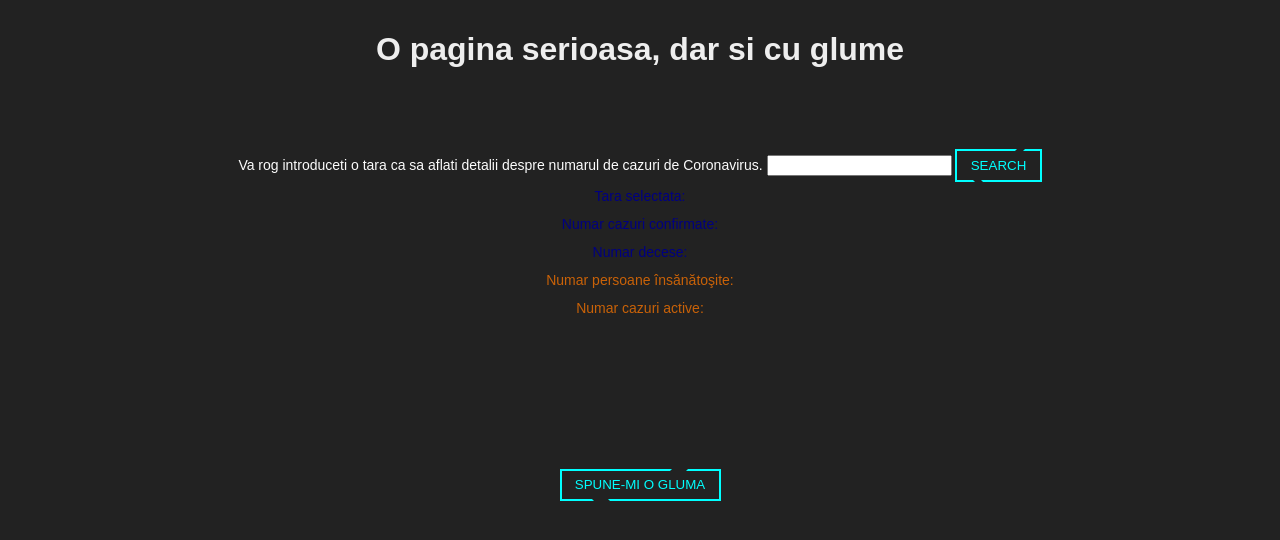
Repository: vladturturica97/proiect-cc2
Page: server/frontend/index.html
The author's editor kept a record of every edit. The page is drawn from the files as they stood at one moment, then again after the next edit.
The browser window is 1280 px wide. The pictures show the whole page.

Above is the page before.

### server/frontend/index.html
<html>
<head>
    <style type="text/css">
        body {
            display: flex;
          flex-direction: column;
          height: 93vh;
          justify-content: center;
          align-items: center;
          background: #222;
          color: #eee;
          font-family: "Dosis", sans-serif;

        }

        .spoiler, .spoiler2{
            color: black;
            background-color:black;
        }

        .spoiler:hover{
            color: white;
        }

        .spoiler2:hover {
            background-color:white;
        }
        .underlined-a {
              text-decoration: none;
              color: aqua;
              padding-bottom: 0.15em;
              box-sizing: border-box;
              box-shadow: inset 0 -0.2em 0 aqua;
              transition: 0.2s;
        }
        .underlined-a:hover {
            color: #222;
            box-shadow: inset 0 -2em 0 aqua;
            transition: all 0.45s cubic-bezier(0.86, 0, 0.07, 1);
        }

        .brk-btn {
  position: relative;
  background: none;
  color: aqua;
  text-transform: uppercase;
  text-decoration: none;
  border: 0.2em solid aqua;
  padding: 0.5em 1em;

    }


  .brk-btn:before {
    content: "";
    display: block;
    position: absolute;
    width: 10%;
    background: #222;
    height: 0.3em;
    right: 20%;
    top: -0.21em;
    transform: skewX(-45deg);
    -webkit-transition: all 0.45s cubic-bezier(0.86, 0, 0.07, 1);
    transition: all 0.45s cubic-bezier(0.86, 0, 0.07, 1);
  }
  .brk-btn:after {
    content: "";
    display: block;
    position: absolute;
    width: 10%;
    background: #222;
    height: 0.3em;
    left: 20%;
    bottom: -0.25em;
    transform: skewX(45deg);
    -webkit-transition: all 0.45 cubic-bezier(0.86, 0, 0.07, 1);
    transition: all 0.45s cubic-bezier(0.86, 0, 0.07, 1);
  }
  .brk-btn:hover::before {
      right: 80%;
    }
   .brk-btn:hover::after {
      left: 80%;
    }

    p {
	font-size: 14;
	font-weight: 400;
	line-height: 2;
	margin-bottom: 1.5em;
	color: #fcfcfc;
	text-align: center;
    }
    /*h1 {
	font-size: calc(2.8em + 2.6vw);
	font-weight: 700;
	letter-spacing: .01em;
	padding: 10rem 0 0 4.5rem;
	text-shadow: .022em .022em .022em #111;
	color: #fff;
    }*/
    header {
    position: absolute;
      left: 50%;
      top: 50px;
      transform: translate(-50%, -50%);
      width: 600px;
      text-align: center;
    }
  </style>
</head>
<header><h1>O pagina serioasa, dar si cu glume</h1></header>
<body>


<script>
    function isEmpty(obj) {
        for(var key in obj) {
            if(obj.hasOwnProperty(key))
                return false;
            }
                return true;
    }

    function readCovidJson(){
            if(this.readyState == 4 && this.status == 200){
                var jsonn = JSON.parse(this.responseText);
                if(isEmpty(jsonn)){
                    window.alert("Tara invalida");
                }
                else {
                    var lastElement = jsonn[jsonn.length-1];
                    var country = lastElement.Country;
                    document.getElementById('country').innerHTML = country;

                    var confirmed = lastElement.Confirmed;
                    document.getElementById('confirmed').innerHTML = confirmed;

                    var deaths = lastElement.Deaths;
                    document.getElementById('deaths').innerHTML = deaths;

                    var recovered = lastElement.Recovered;
                    document.getElementById('recovered').innerHTML = recovered;

                    var active = lastElement.Active;
                    document.getElementById('active').innerHTML = active;
                }
            }
    }

    function importCountry(){
        var countryInput = document.getElementById("countryInput").value;

        var xhr = new XMLHttpRequest();
        xhr.overrideMimeType("application/json");
        xhr.onreadystatechange = readCovidJson;
        xhr.open("POST", "/country", true);
        xhr.setRequestHeader('Content-Type', 'application/json;charset=UTF-8');
        xhr.send(JSON.stringify({country: countryInput}));
        console.log(xhr);

    }

    function readJoke(){
            if(this.readyState == 4 && this.status == 200){
                var jsonn = JSON.parse(this.responseText);
                var jokeSetup = jsonn[0].setup;
                document.getElementById('jokeSetup').innerHTML = jokeSetup;

                var jokePunchline = jsonn[0].punchline;
                document.getElementById('jokePunchline').innerHTML = jokePunchline;
                }
    }

    function importJoke(){
        var xhr = new XMLHttpRequest();
        xhr.overrideMimeType("application/json");
        xhr.onreadystatechange = readJoke;
        xhr.open("POST", "/joke", true);
        xhr.setRequestHeader('Content-Type', 'application/json;charset=UTF-8');
        xhr.send(null);
    }
</script>

<p>
Va rog introduceti o tara ca sa aflati detalii despre numarul de cazuri de Coronavirus.
<input type="text" id="countryInput" name="search">
<button onclick="importCountry()" class="brk-btn">Search</button><br>

        <label style="color:#000080" > Tara selectata: </label>
        <label id="country" class="underlined-a">  </label><br>
        <label style="color:#000080" > Numar cazuri confirmate: </label>
        <label id="confirmed" class="underlined-a">  </label><br>
        <label style="color:#000080" > Numar decese: </label>
        <label id="deaths" class="underlined-a">  </label><br>
        <label style="color:#c96208"> Numar persoane însănătoşite: </label>
        <label id="recovered" class="underlined-a">  </label><br>
        <label style="color:#c96208"> Numar cazuri active: </label>
        <label id="active" class="underlined-a" >  </label><br><br><br><br><br>
    </p>

    <p>
        <button onclick="importJoke()" class="brk-btn">Spune-mi o gluma</button><br>
        <label id="jokeSetup"> </label><br>
        <span class="spoiler2"> <label id="jokePunchline">              </label> </span>
    </p>
</body>
</html>

After the next edit:
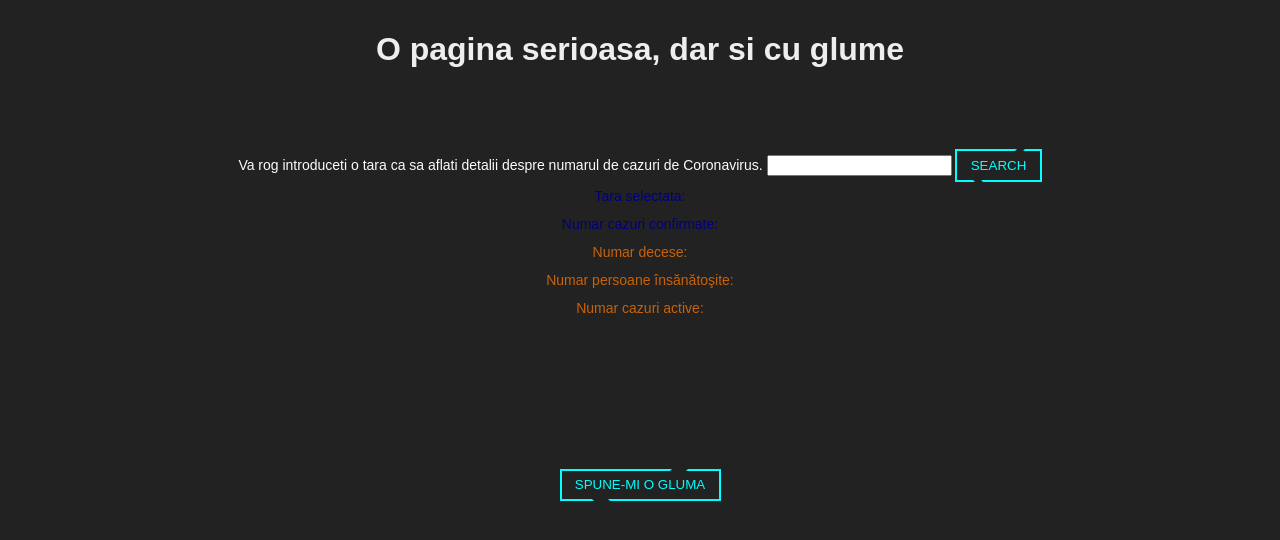
The edit:
--- a/server/frontend/index.html
+++ b/server/frontend/index.html
@@ -192,7 +192,7 @@
         <label id="country" class="underlined-a">  </label><br>
         <label style="color:#000080" > Numar cazuri confirmate: </label>
         <label id="confirmed" class="underlined-a">  </label><br>
-        <label style="color:#000080" > Numar decese: </label>
+        <label style="color:#c96208" > Numar decese: </label>
         <label id="deaths" class="underlined-a">  </label><br>
         <label style="color:#c96208"> Numar persoane însănătoşite: </label>
         <label id="recovered" class="underlined-a">  </label><br>
